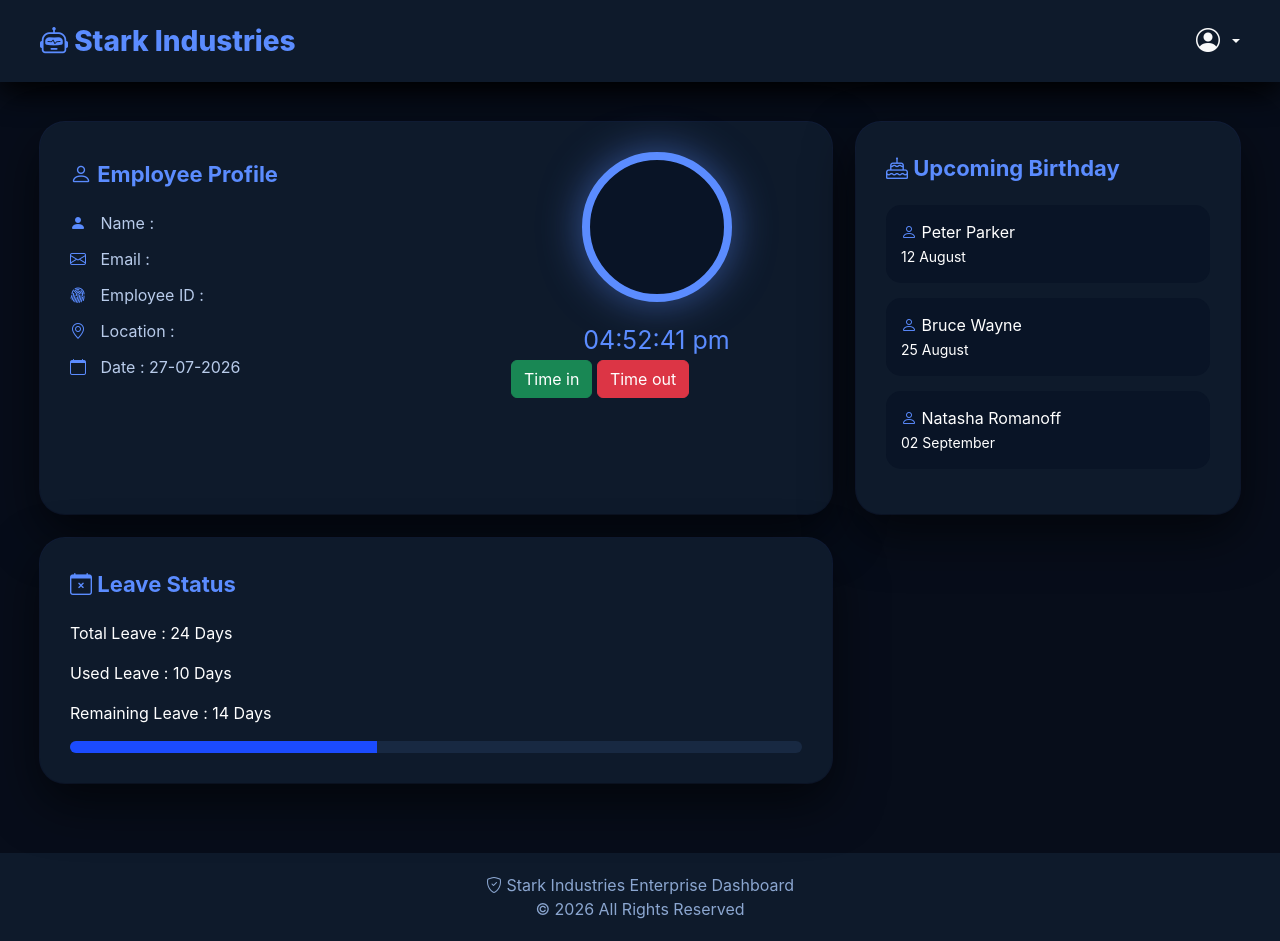
Repository: abhinav050799/office-management-
Page: resources/views/dashboard.blade.php
These files come from the project's save history. The page is drawn as it stood at one moment and after a run of saves; the edit follows.
The browser window is 1280 px wide. The pictures show the whole page.
The page is served by the project's Laravel application, run on PHP 8.4 with Laravel 12. The template is opened directly, without the code that normally fills it, so the values that code supplies are empty.

Above is the page before, as saved 2026-07-27 17:10:16.

After the next 4 saves:
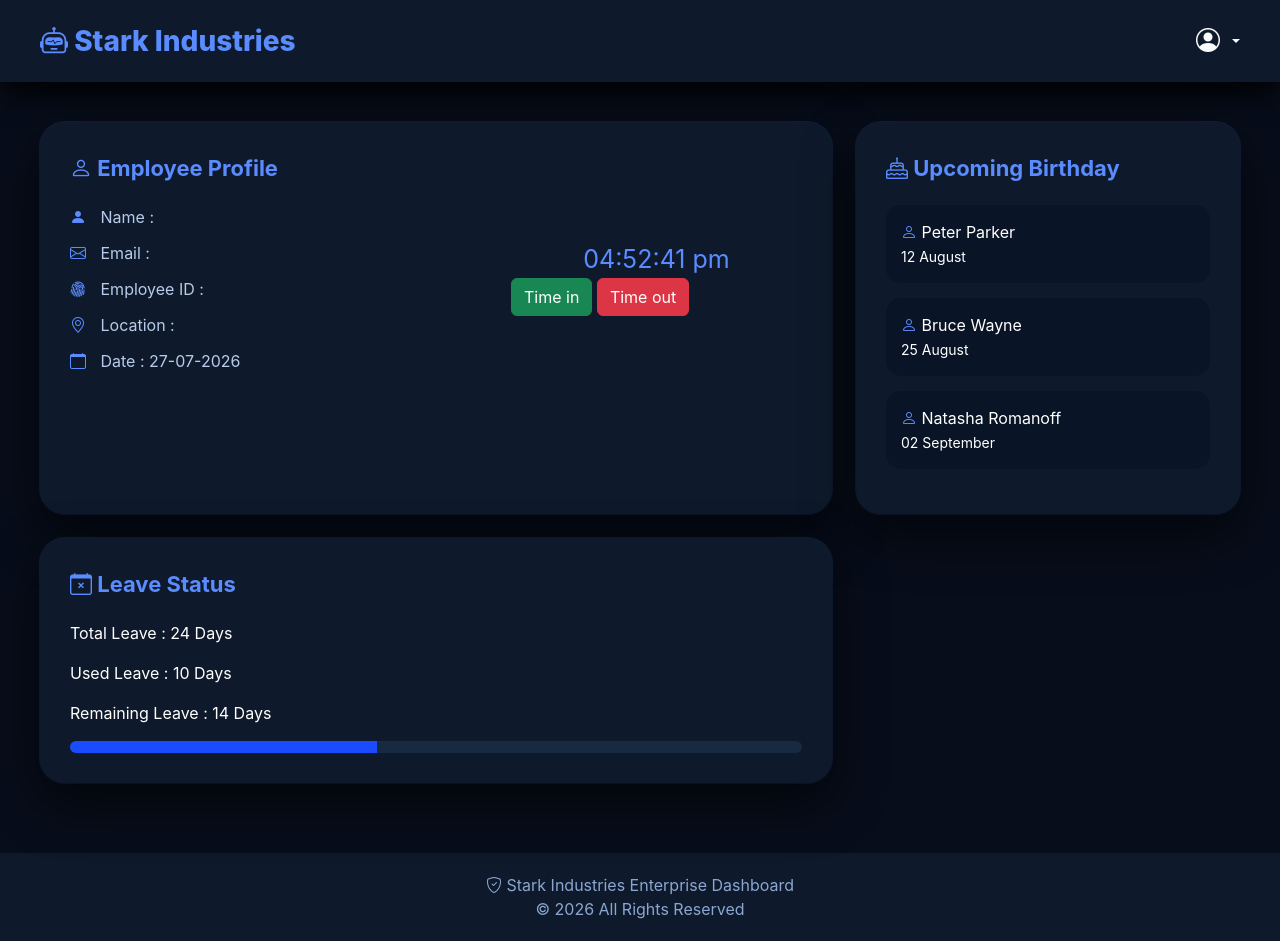
The 4 saves are shown as one change because they came seconds apart.
The last was saved 27 s later.
--- a/resources/views/dashboard.blade.php
+++ b/resources/views/dashboard.blade.php
@@ -81,12 +81,12 @@
                         <div class="col-md-5">
 
 
-                            <div class="watch">
-
-                                <!-- <i class="bi bi-clock"></i> -->
-
-
-                            </div>
+                            <!-- <div class="watch">
+
+
+
+
+                            </div> -->
 
 
                             <div class="time" id="clock">
